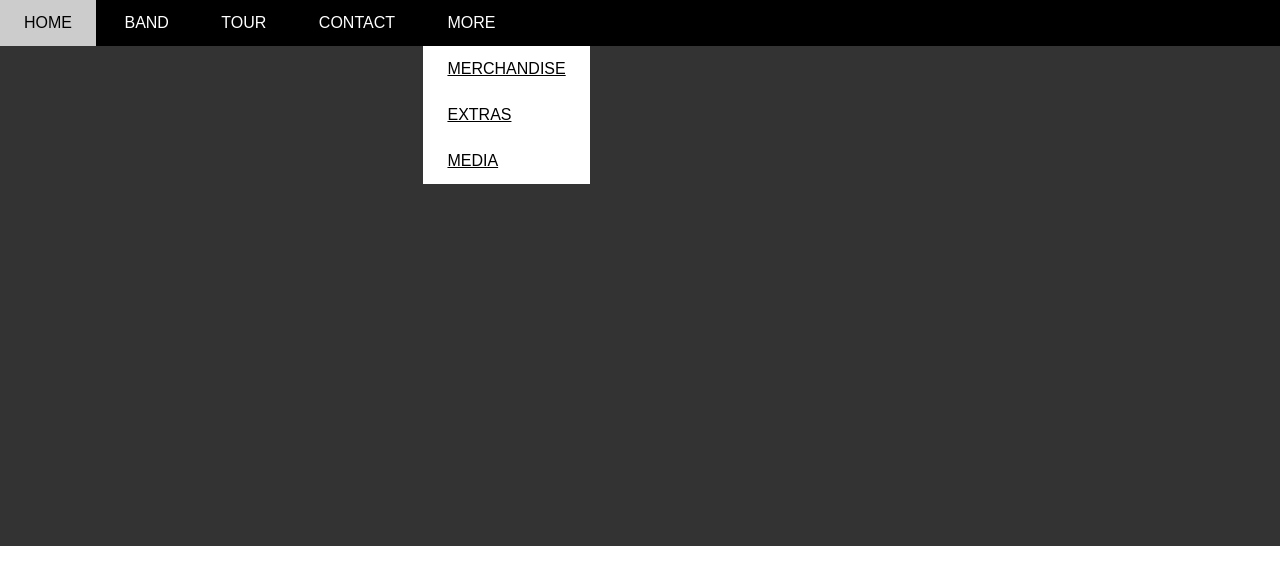
Repository: TranPhucThinh/clone-the-band
Page: index.html
The author's editor kept a copy of each file at every save. The page is drawn from the files as they stood at one save, then again after the next save.
The browser window is 1280 px wide. The pictures show the whole page.

Above is the page before, as saved 2022-08-03 22:53:29.

### index.html
<!DOCTYPE html>
<html lang="en">

<head>
    <meta charset="UTF-8">
    <meta http-equiv="X-UA-Compatible" content="IE=edge">
    <meta name="viewport" content="width=device-width, initial-scale=1.0">

    <title>The Band</title>

    <link rel="stylesheet" href="./assets/style.css">
</head>

<body>
    <div id="main">

        <div id="header">
            <ul id="nav">
                <li><a href="">Home</a></li>
                <li><a href="">Band</a></li>
                <li><a href="">Tour</a></li>
                <li><a href="">Contact</a></li>
                <li>
                    <a href="">More</a>
                    <ul class="subnav">
                        <li><a href="">Merchandise</a></li>
                        <li><a href="">Extras</a></li>
                        <li><a href="">Media</a></li>
                    </ul>
                </li>
            </ul>
        </div>

        <div id="slider">

        </div>

        <div id="content">

        </div>

        <div id="footer">

        </div>

    </div>
</body>

</html>

### assets/style.css
* {
  padding: 0;
  margin: 0;
  box-sizing: border-box;
}

html {
  font-family: Arial, Helvetica, sans-serif;
}

#header {
  height: 46px;
  background-color: #000;
}

#nav li {
  display: inline-block;
  position: relative;
}

#nav > li > a {
  color: #fff;
  text-decoration: none;
}

#nav li a {
  line-height: 46px;
  padding: 0 24px;
  display: inline-block;
  text-transform: uppercase;
}

#nav li:hover a {
  color: #000;
  background-color: #ccc;
}

#nav .subnav {
  position: absolute;
  background-color: #fff;
}

#nav .subnav a {
  color: #000;
}

#slider {
  height: 500px;
  background-color: #333;
}

After the next save:
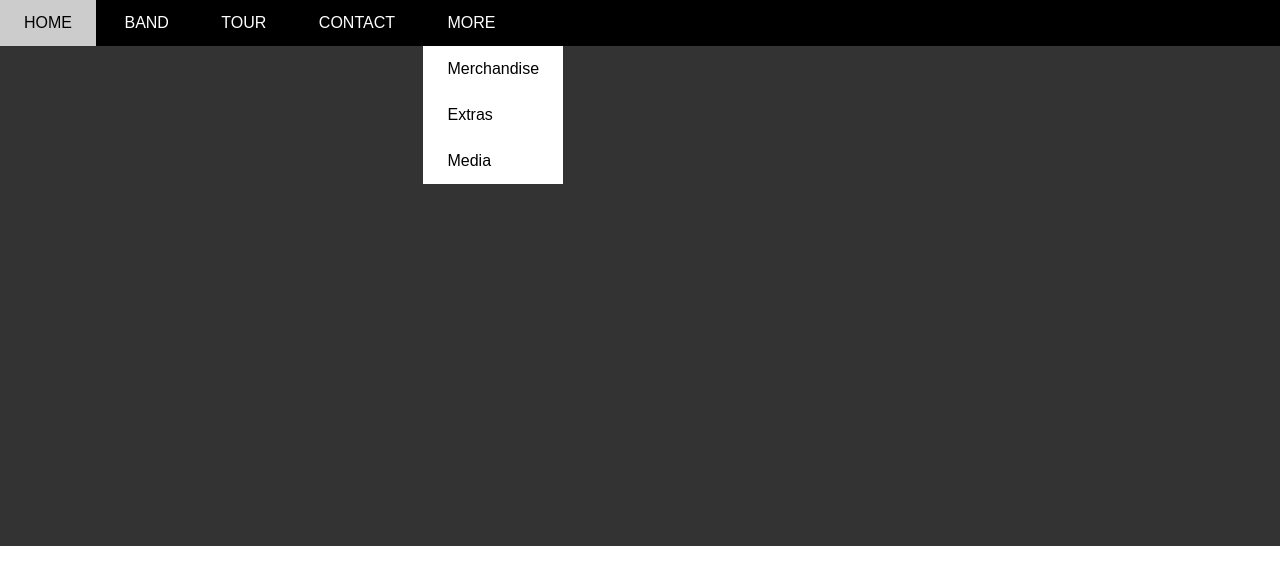
Saved 16 s later.
--- a/assets/style.css
+++ b/assets/style.css
@@ -20,14 +20,14 @@
 
 #nav > li > a {
   color: #fff;
-  text-decoration: none;
+  text-transform: uppercase;
 }
 
 #nav li a {
   line-height: 46px;
   padding: 0 24px;
   display: inline-block;
-  text-transform: uppercase;
+  text-decoration: none;
 }
 
 #nav li:hover a {
